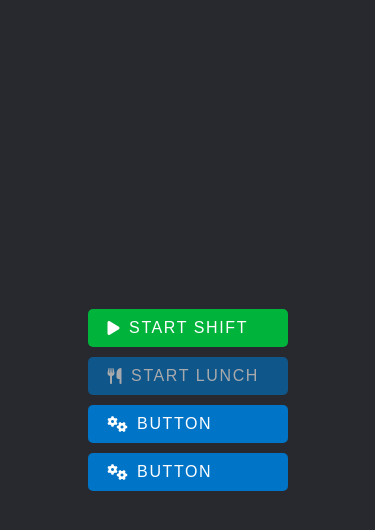
Repository: Philip-Rogers/button-state
Page: index.html
An editor plug-in stored every save of this project. The page is shown before and after the next save, followed by the edit.
The browser window is 375 px wide. The pictures show the whole page.

Above is the page before, as saved 2024-08-14 21:22:54.

After the next save:
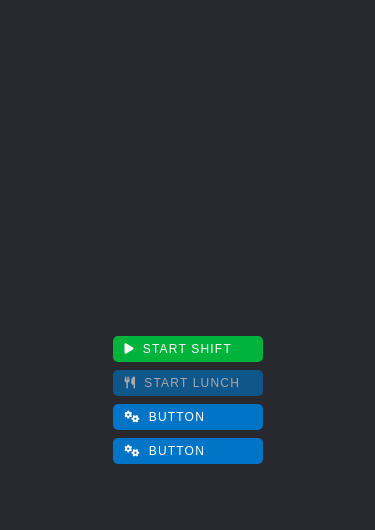
Saved 3 min 53 s later.
--- a/index.css
+++ b/index.css
@@ -12,8 +12,6 @@
     font-family: "Brandon Grotesque";
     src: url(../fonts/brandon-grotesque-light-58a8a4b38001d.otf) format("opentype");
 }
-
-
 
 body {
     font-family: "Brandon Grotesque";
@@ -30,9 +28,7 @@ button {
     font-size: 1.25em;
     display: block;
     border-radius: 5px;
-    /* background-color: hsl(205, 100%, 39%); */
     background-color: hsl(140, 100%, 35%);
-    /* Green for Start Shift */
     color: hsl(354, 70%, 100%);
     padding: 1em 1.25em;
     width: 300px;
@@ -41,9 +37,7 @@ button {
     text-transform: uppercase;
     letter-spacing: 0.1em;
     transition: all .2s ease-in-out;
-    /* -webkit-box-reflect: below 10px linear-gradient(transparent, transparent, #0004); */
 }
-
 
 #shiftButton i {
     margin-right: 8px;
@@ -51,24 +45,18 @@ button {
 
 #shiftButton.stopShift {
     background-color: hsl(354, 70%, 54%);
-    /* Red for Stop Shift */
 }
 
-/* Container for the buttons to ensure they stack vertically */
 .button-container {
     display: flex;
     flex-direction: column;
     align-items: flex-start;
-    /* Align buttons to the start of the container */
     gap: 10px;
-    /* Space between the buttons */
 }
 
-/* Style for the toggle buttons */
 .toggle-button {
     color: hsl(354, 70%, 100%);
     background-color: hsl(140, 100%, 35%);
-    /* Default green for Start Shift */
     border: none;
     padding: 10px 20px;
     font-size: 16px;
@@ -76,14 +64,12 @@ button {
     display: flex;
     align-items: center;
     width: 200px;
-    /* Fixed width for consistency */
 }
 
 #lunchButton,
 #placeholderButton1,
 #placeholderButton2 {
     background-color: hsl(205, 100%, 39%);
-    /* Default blue color for Start Lunch and Placeholder buttons */
 }
 
 .toggle-button i {
@@ -94,3 +80,40 @@ button {
     cursor: not-allowed;
     opacity: 0.6;
 }
+
+/* Media Queries for Responsive Design */
+@media (max-width: 768px) {
+    button {
+        font-size: 1em;
+        width: 250px;
+        padding: 0.75em 1em;
+    }
+
+    .toggle-button {
+        font-size: 14px;
+        width: 180px;
+        padding: 8px 16px;
+    }
+
+    .button-container {
+        align-items: center;
+    }
+}
+
+@media (max-width: 480px) {
+    button {
+        font-size: 0.875em;
+        width: 200px;
+        padding: 0.5em 0.75em;
+    }
+
+    .toggle-button {
+        font-size: 12px;
+        width: 150px;
+        padding: 6px 12px;
+    }
+
+    .button-container {
+        gap: 8px;
+    }
+}
